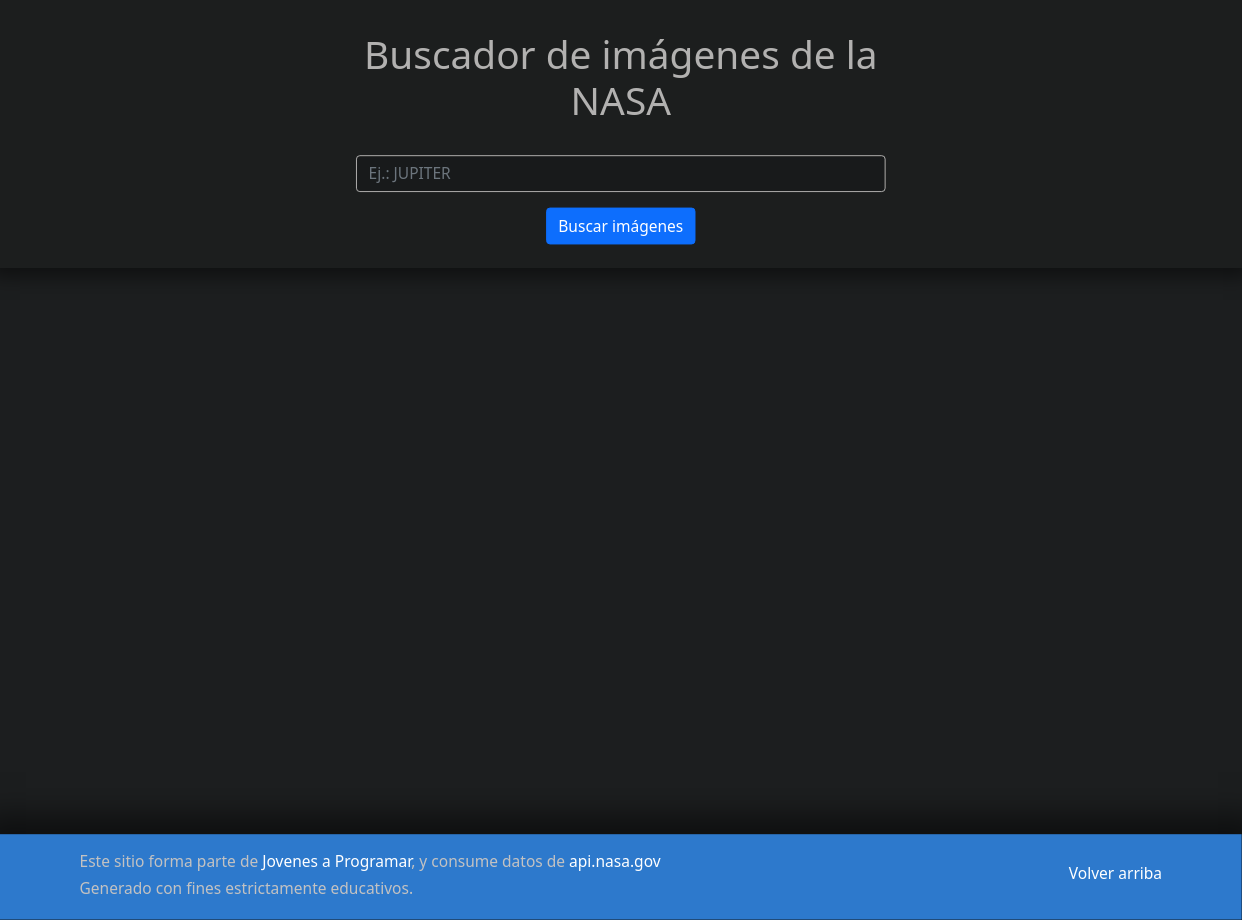
Repository: romancegirl/galaxies
Page: index.html
These files come from the project's save history. The page is drawn as it stood at one moment and after the next save; the edit follows.
The browser window is 1280 px wide. The pictures show the whole page, at 97% of full size.

Above is the page before, as saved 2024-11-30 04:48:31.

### index.html
<!doctype html>
<html lang="es">

<head>
  <meta charset="utf-8">
  <meta name="viewport" content="width=device-width, initial-scale=1">
  <title>Buscador de imágenes de la NASA</title>

  <link href="css/bootstrap.min.css" rel="stylesheet">
  <link rel="stylesheet" href="css/style.css">
</head>

<body>

  <header>
    <div id="intro">
      <div class="text-center container">
        <div class="row py-lg-3">
          <div class="col-lg-6 col-md-8 mx-auto" id="beggining">
            <h1 class="fw-light">Buscador de imágenes de la NASA</h1>
            <input type="search" class="form-control" name="buscar" id="inputBuscar" placeholder="Ej.: JUPITER">
            <button class="btn btn-primary my-2" id="btnBuscar">Buscar imágenes</button>
          </div>
        </div>
      </div>
    </div>
  </header>

  <main>
    <div class="container">
      <div id="contenedor">
      </div>
    </div>
  </main>


  <footer class="text-muted py-3">
    <div class="container">
      <p class="float-end mb-1">
        <a href="#">Volver arriba</a>
      </p>
      <p class="mb-1">Este sitio forma parte de <a href="https://jovenesaprogramar.edu.uy/" target="_blank">
          Jovenes a Programar</a>, y consume datos de <a href="https://api.nasa.gov/" target="_blank">
          api.nasa.gov</a></p>
      <p class="mb-1">Generado con fines estrictamente educativos.</p>
    </div>
  </footer>

  <script src="https://cdn.jsdelivr.net/npm/bootstrap@5.3.1/dist/js/bootstrap.bundle.min.js"></script>
  <script src="js/space.js"></script>

</body>

</html>

### css/style.css
body {
    background-color: #1C1E1F;
    color: #B2B1B0;
    display: flex;
    flex-direction: column;
    min-height: 100vh;
}

main {
    min-height: calc(100vh - 160px);
    flex-grow: 1;
}

#intro {
    background-color: #1c1e1f9b;
    padding-top: 1rem;
    position: relative;
    box-shadow: 0 0 20px 10px rgba(0, 0, 0, 0.5);
}

h1, input {
    margin-bottom: 2rem;
}

input[type="search"] {
    background-color: #181A1B;
    border: 1px solid #B2B1B0;
    color: #B2B1B0;
}

input[type="search"]:focus {
    box-shadow: 0 0 5px #2D79CC;
    background-color: #181A1B;
    border: 1px solid #2D79CC;
    color: #B2B1B0;
}

.form-control {
    margin-bottom: 0.5rem;
}


#contenedor {
    display: flex;
    flex-wrap: wrap;
    justify-content: center;
    gap: 1rem;
    align-items: center;
}

.card {
    width: 22rem;
    height: 500px;
    display: flex;
    flex-direction: column;
    overflow: hidden;
    margin-top: 2rem;
    background-color: #181A1B;
    color: #c3c2c2;
    box-shadow: 0 0 4px 4px #2d7acc66;
}

.card-img-top {
    width: 100%;
    height: 250px;
    object-fit: cover;
}

.card-body {
    height: 250px;
    overflow-y: auto;
    padding: 1rem;
}

.card-text {
    display: -webkit-box;
    -webkit-line-clamp: 3;
    -webkit-box-orient: vertical;
    overflow: hidden;
    transition: all 0.3s ease-in-out;
}

.card-text.more {
    -webkit-line-clamp: 3;
    overflow: hidden;
}

.card-text.full {
    -webkit-line-clamp: unset;
    overflow: visible;
}

#more {
    cursor: pointer;
    color: #007bff;
    text-decoration: none;
    display: block;
    margin-top: 10px;
}



footer {
    background-color: #2D79CC;
    bottom: 0;
    width: 100%;
    margin-top: 1.5rem;
    box-shadow: 0 0 30px 20px rgba(0, 0, 0, 0.5);
}

footer p {
    color: #c3c2c2
}

footer a {
    color: #ffffff;
    text-decoration: none;
}

footer a:hover {
    color: #9b9a9b;
    transform: scale(1.05);
    transition: color 0.3s, text-shadow 0.3s;
}

footer .float-end {
    transform: translateY(50%);
}




@media (max-width: 1200px) {
    .col-lg-6 {
        width: 50%;
    }
}

@media (max-width: 768px) {
    .col-md-4 {
        width: 100%;
    }
}

### js/space.js
// Función para alternar la visibilidad del texto
function toggleDescription(button) {
    const cardBody = button.closest('.card-body');
    const descriptionText = cardBody.querySelector('.card-text');

    // Alternar clases entre "more" y "full" en el texto de la descripción
    if (descriptionText.classList.contains('more')) {
        descriptionText.classList.remove('more');
        descriptionText.classList.add('full');
        button.textContent = 'Ver menos'; // Cambiar el texto del botón
    } else {
        descriptionText.classList.remove('full');
        descriptionText.classList.add('more');
        button.textContent = 'Ver más'; // Cambiar el texto del botón
    }
}

// Asegúrate de que el evento de clic esté correctamente asignado en el HTML generado
const inputBuscar = document.getElementById('inputBuscar');
const btnBuscar = document.getElementById('btnBuscar');
const contenedor = document.getElementById('contenedor');

const searchNASAImages = async () => {
    const query = inputBuscar.value.trim();

    if (!query) {
        alert('Por favor, ingresa un término de búsqueda.');
        return;
    }

    const nasaAPI = `https://images-api.nasa.gov/search?q=${query}`;

    try {
        const response = await fetch(nasaAPI);
        const data = await response.json();

        const items = data.collection.items;
        if (!items || items.length === 0) {
            contenedor.innerHTML = `
            <h3><strong>No hemos encontrado información relacionada a "${query}".</strong></h3>`;
            return;
        }

        contenedor.innerHTML = '';

        const row = document.createElement('div');
        row.className = 'row';

        items.forEach((item) => {
            const { title, description, date_created } = item.data[0];
            const imageUrl = item.links?.[0]?.href || 'https://via.placeholder.com/150';

            // Crear la tarjeta
            const card = document.createElement('div');
            card.className = 'col-12 col-md-4 mb-6';

            // Contenido de la tarjeta
            card.innerHTML = `
                <div class="card">
                    <img src="${imageUrl}" class="card-img-top" alt="${title}">
                    <div class="card-body">
                        <h5 class="card-title">${title}</h5>
                        <p class="card-text more">${description || 'Descripción no disponible.'}</p>
                        <!-- Aquí controlamos la visibilidad del botón -->
                        ${description && description.length > 200 ? '<p class="card-text" id="more" onclick="toggleDescription(this)">Ver más</p>' : ''}
                        <p class="card-text"><small class="text-muted">Fecha: ${new Date(date_created).toLocaleDateString()}</small></p>
                    </div>
                </div>
            `;

            const descriptionText = card.querySelector('.card-text');
            const moreButton = card.querySelector('#more');
            if (!description || description.length <= 200) {
                if (moreButton) {
                    moreButton.style.display = 'none';
                }
                descriptionText.classList.add('full');
            }

            row.appendChild(card);
        });

        contenedor.appendChild(row);
    } catch (error) {
        console.error('Error al obtener datos:', error);
        contenedor.innerHTML = `<p class="text-center text-danger">Ocurrió un error al obtener los datos.</p>`;
    }
};

btnBuscar.addEventListener('click', searchNASAImages);
inputBuscar.addEventListener('keydown', (event) => {
    if (event.key === 'Enter') {
        event.preventDefault();
        searchNASAImages();
    }
});

Loaded but not shown: css/bootstrap.min.css (library)

After the next save:
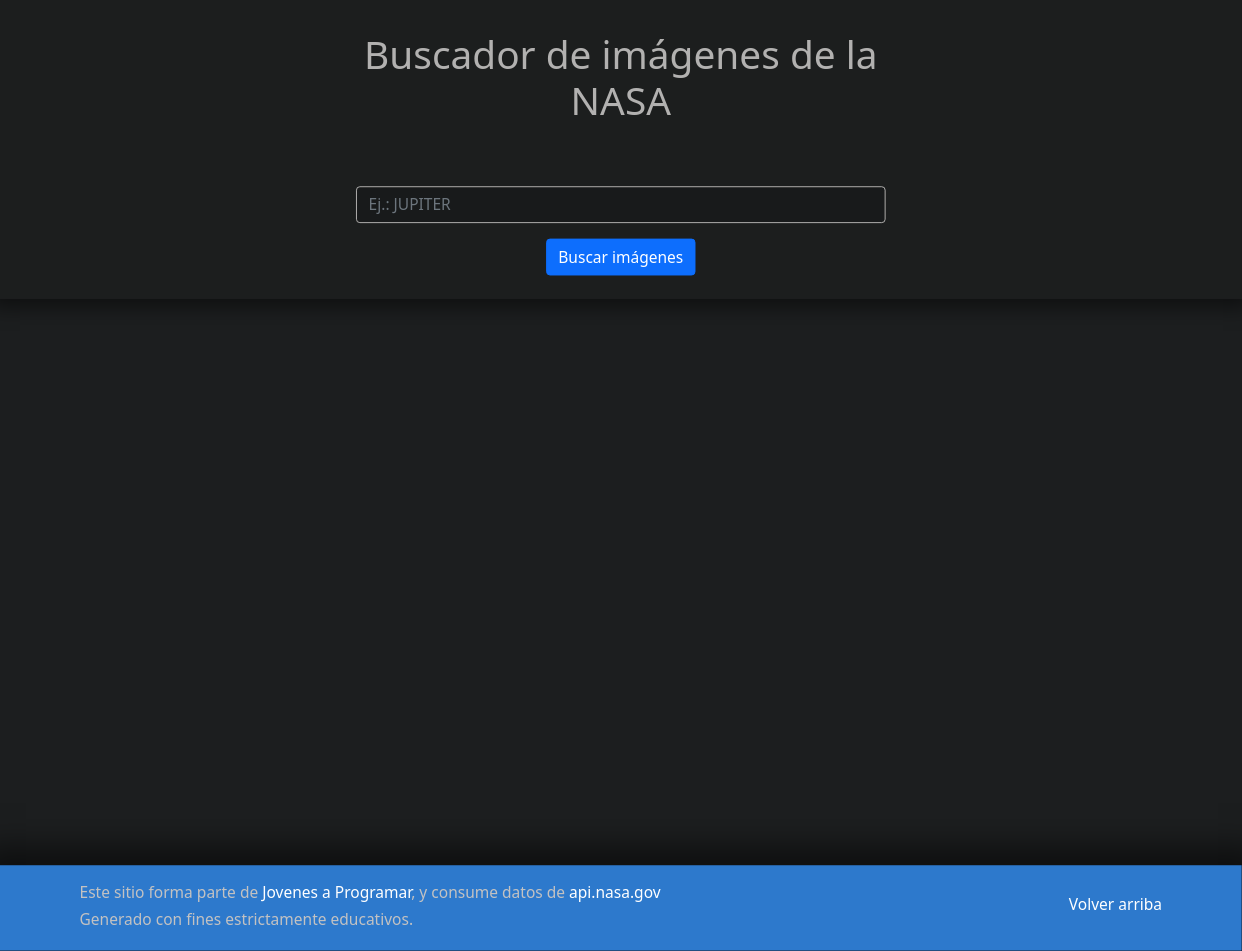
Saved 12 s later.
--- a/css/style.css
+++ b/css/style.css
@@ -19,7 +19,7 @@ main {
 }
 
 h1, input {
-    margin-bottom: 2rem;
+    margin-bottom: 4rem;
 }
 
 input[type="search"] {
